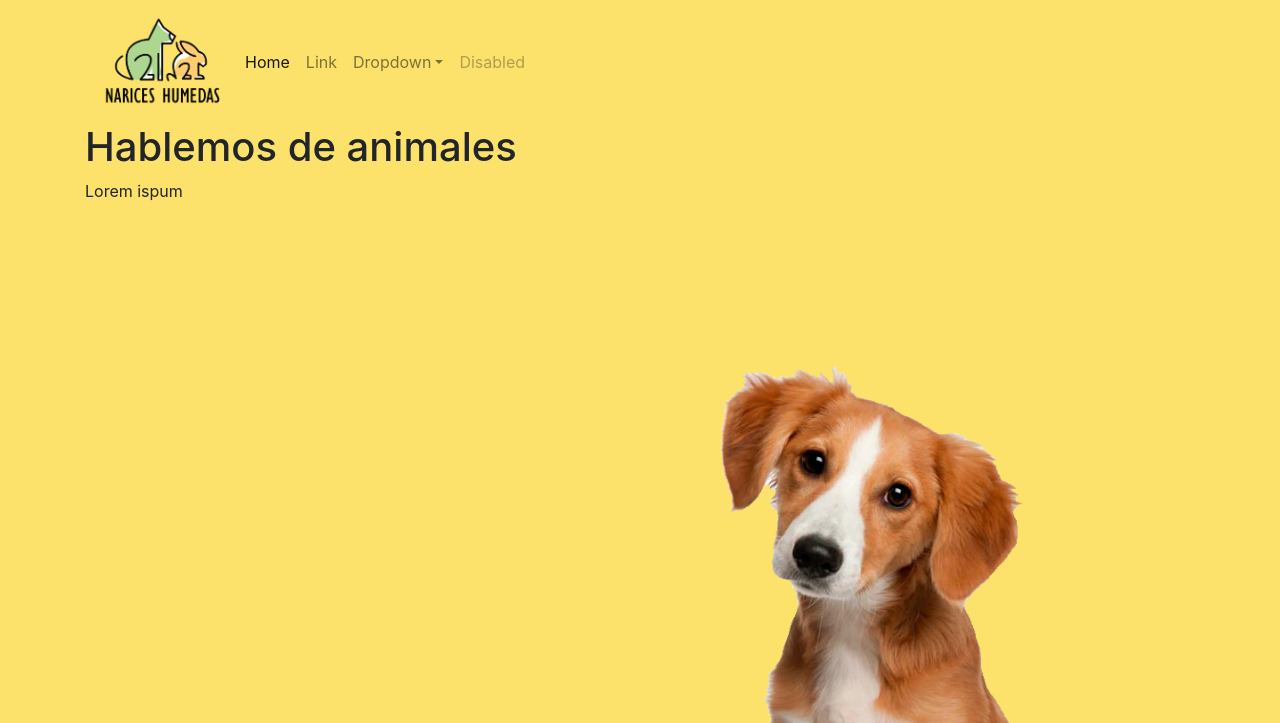
Repository: conceptorobledo/narices-react-website
Page: /
An editor plug-in stored every save of this project. The page is shown before and after the next save, followed by the edit.
The browser window is 1280 px wide. The pictures show the whole page.
The project was rebuilt for these pictures with package versions that can differ from the ones it lists, and the page was loaded fresh each time.

Above is the page before, as saved 2018-11-04 13:52:04.

### public/index.html
<!DOCTYPE html>
<html lang="en">

<head>
  <meta charset="utf-8">
  <meta name="viewport" content="width=device-width, initial-scale=1, shrink-to-fit=no">
  <meta name="theme-color" content="#000000">
  <!--
      manifest.json provides metadata used when your web app is added to the
      homescreen on Android. See https://developers.google.com/web/fundamentals/engage-and-retain/web-app-manifest/
    -->
  <link rel="manifest" href="%PUBLIC_URL%/manifest.json">
  <link rel="shortcut icon" href="%PUBLIC_URL%/favicon.ico">
  <!--
      Notice the use of %PUBLIC_URL% in the tags above.
      It will be replaced with the URL of the `public` folder during the build.
      Only files inside the `public` folder can be referenced from the HTML.

      Unlike "/favicon.ico" or "favicon.ico", "%PUBLIC_URL%/favicon.ico" will
      work correctly both with client-side routing and a non-root public URL.
      Learn how to configure a non-root public URL by running `npm run build`.
    -->
  <title>React App</title>
</head>

<body>
  <noscript>
    You need to enable JavaScript to run this app.
  </noscript>
  <div id="root"></div>
  <!--
      This HTML file is a template.
      If you open it directly in the browser, you will see an empty page.

      You can add webfonts, meta tags, or analytics to this file.
      The build step will place the bundled scripts into the <body> tag.

      To begin the development, run `npm start` or `yarn start`.
      To create a production bundle, use `npm run build` or `yarn build`.
    -->

  <script src="https://code.jquery.com/jquery-3.3.1.slim.min.js" integrity="sha384-q8i/X+965DzO0rT7abK41JStQIAqVgRVzpbzo5smXKp4YfRvH+8abtTE1Pi6jizo"
    crossorigin="anonymous"></script>
  <script src="https://cdnjs.cloudflare.com/ajax/libs/popper.js/1.14.3/umd/popper.min.js" integrity="sha384-ZMP7rVo3mIykV+2+9J3UJ46jBk0WLaUAdn689aCwoqbBJiSnjAK/l8WvCWPIPm49"
    crossorigin="anonymous"></script>
  <script src="https://stackpath.bootstrapcdn.com/bootstrap/4.1.3/js/bootstrap.min.js" integrity="sha384-ChfqqxuZUCnJSK3+MXmPNIyE6ZbWh2IMqE241rYiqJxyMiZ6OW/JmZQ5stwEULTy"
    crossorigin="anonymous"></script>

</body>

</html>

### src/App.js
import React, { Component } from 'react';
import Header from './components/Layout/Header';
import './App.css';
import 'bootstrap/dist/css/bootstrap.css'

class App extends Component {
  render() {
    return (
      <div className="App">
        <Header />
      </div>
    );
  }
}

export default App;

### src/components/Layout/Header.js
import React from 'react';
import Hero from './Hero';
import Navbar from '../Navigation/Navbar'

import './Header.css';

const header = () => {
    return (
        <header>
            <Navbar />
            <Hero />
        </header>
    );
};

export default header;

### src/components/Layout/Hero.js
import React from 'react';
import './Hero.css';

const hero = () => {
    return (
        <section id="Hero">
            <div className="container">
                <div className="row">
                    <div className="col left">
                        <div className="justify-content-center align-items-center">
                            <h1>Hablemos de animales</h1>
                            <p>Lorem ispum  </p>
                        </div>
                    </div>
                    <div className="col background-png h-100">
                    </div>
                </div>
            </div>
        </section>
    );
};

export default hero;

### src/components/Navigation/Navbar.js
import React from 'react';

import './Navbar.css'

const navbar = () => {
    return (
        <div className="container Navbar">
            <nav className="navbar navbar-expand-lg navbar-light ">
                <a className="navbar-brand order-md-0" href="#"> <img src="logo.png" alt="Narices Humedas - Podcast de animales" /></a>
                <button className="navbar-toggler" type="button" data-toggle="collapse" data-target="#navbarSupportedContent" aria-controls="navbarSupportedContent" aria-expanded="false" aria-label="Toggle navigation">
                    <span className="navbar-toggler-icon"></span>
                </button>

                <div className="collapse navbar-collapse" id="navbarSupportedContent">
                    <ul className="navbar-nav mr-auto">
                        <li className="nav-item active">
                            <a className="nav-link" href="#">Home <span className="sr-only">(current)</span></a>
                        </li>
                        <li className="nav-item">
                            <a className="nav-link" href="#">Link</a>
                        </li>
                        <li className="nav-item dropdown">
                            <a className="nav-link dropdown-toggle" href="#" id="navbarDropdown" role="button" data-toggle="dropdown" aria-haspopup="true" aria-expanded="false">
                                Dropdown
                    </a>
                            <div className="dropdown-menu" aria-labelledby="navbarDropdown">
                                <a className="dropdown-item" href="#">Action</a>
                                <a className="dropdown-item" href="#">Another action</a>
                                <div className="dropdown-divider"></div>
                                <a className="dropdown-item" href="#">Something else here</a>
                            </div>
                        </li>
                        <li className="nav-item">
                            <a className="nav-link disabled" href="#">Disabled</a>
                        </li>
                    </ul>
                </div>
            </nav>
        </div>
    );
};

export default navbar;

### src/components/Layout/Header.css
header {
    background-color:#FCE26B;
}

### src/components/Layout/Hero.css


section .container
.row {
    height: 600px;
}

.left {
    text-align:left;
}

.col.background-png {
    background: url("/perro-mestizo.png") no-repeat 25% bottom;
    background-size: 60%;
}

### src/components/Navigation/Navbar.css
.navbar-brand img {
    width:120px;
}

Loaded but not shown: src/index.js (common file); src/index.css (common file); src/registerServiceWorker.js (common file); src/App.css (common file)

After the next save:
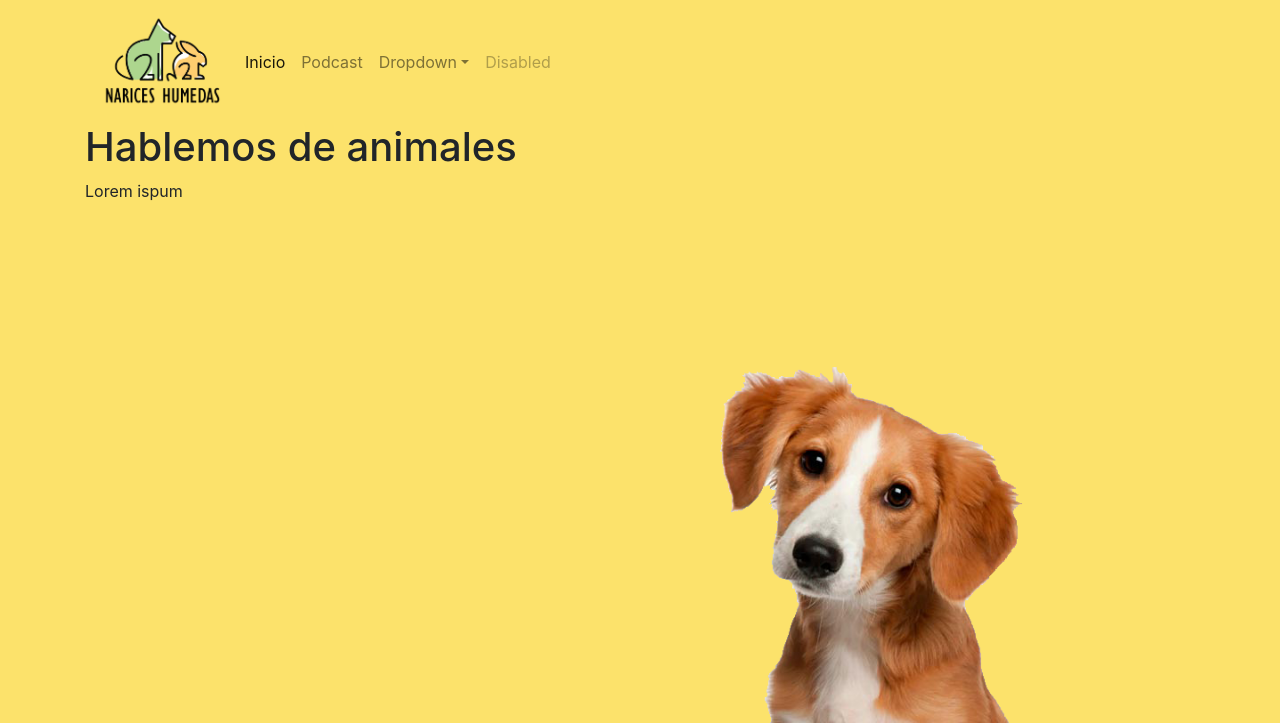
Saved 2 min 31 s later.
--- a/src/components/Navigation/Navbar.js
+++ b/src/components/Navigation/Navbar.js
@@ -14,10 +14,10 @@ const navbar = () => {
                 <div className="collapse navbar-collapse" id="navbarSupportedContent">
                     <ul className="navbar-nav mr-auto">
                         <li className="nav-item active">
-                            <a className="nav-link" href="#">Home <span className="sr-only">(current)</span></a>
+                            <a className="nav-link" href="#">Inicio <span className="sr-only">(current)</span></a>
                         </li>
                         <li className="nav-item">
-                            <a className="nav-link" href="#">Link</a>
+                            <a className="nav-link" href="#">Podcast</a>
                         </li>
                         <li className="nav-item dropdown">
                             <a className="nav-link dropdown-toggle" href="#" id="navbarDropdown" role="button" data-toggle="dropdown" aria-haspopup="true" aria-expanded="false">
